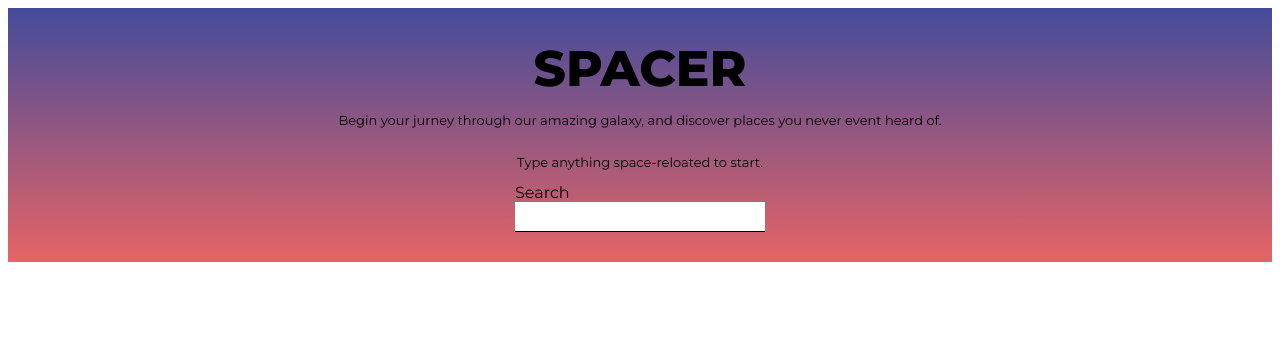
Repository: kamilluc/space-vue
Page: /
An editor plug-in stored every save of this project. The page is shown before and after the next save, followed by the edit.
The browser window is 1280 px wide. The pictures show the whole page.
The project was rebuilt for these pictures with package versions that can differ from the ones it lists, and the page was loaded fresh each time. Also part of the build but not shown: src/views/About.vue.

Above is the page before, as saved 2018-08-08 23:22:30.

### public/index.html
<!DOCTYPE html>
<html lang="en">
  <head>
    <meta charset="utf-8">
    <meta http-equiv="X-UA-Compatible" content="IE=edge">
    <meta name="viewport" content="width=device-width,initial-scale=1.0">
    <link rel="icon" href="<%= BASE_URL %>favicon.ico">
    <title>space-vue</title>
  </head>
  <body>
    <noscript>
      <strong>We're sorry but space-vue doesn't work properly without JavaScript enabled. Please enable it to continue.</strong>
    </noscript>
    <div id="app"></div>
    <!-- built files will be auto injected -->
  </body>
</html>

### src/App.vue
<template>
  <div class="app">
    <!-- <div class="nav">
      <router-link to="/">spacer</router-link>
      <router-link to="/about">about</router-link>
    </div> -->
    <router-view />
  </div>
</template>

<style lang="scss">
@import url("https://fonts.googleapis.com/css?family=Montserrat:300,400,600,800");

* {
  box-sizing: border-box;
}
body {
  font-family: "Montserrat", sans-serif;
}
</style>

### src/router.js
import Vue from "vue";
import Router from "vue-router";
import Search from "./views/Search.vue";
import About from "./views/About.vue";

Vue.use(Router);

export default new Router({
  routes: [
    {
      path: "/",
      name: "Search",
      component: Search
    },
    {
      path: "/about",
      name: "About",
      component: About
    }
  ]
});

### src/views/Search.vue
<template>
  <div class="wrapper">
    <Claim />
    <SearchInput />
    <!-- <div class="search">
      <label for="search">Search</label>
      <input type="text" id="search"
      name="search"
      v-model="searchValue"
      @input="handleInput"
      /> -->
      <!-- <ul>
      <li v-for="item in results" :key="item.data[0].nasa_id">
          <p>{{item.data[0].description}}</p>
      </li>
      </ul> -->
    <!-- </div> -->
  </div>
</template>

<script>
import axios from "axios";
import debounce from "lodash.debounce";
import Claim from "@/components/Claim";
import SearchInput from "@/components/SearchInput";

const API = "https://images-api.nasa.gov/search?q=";

export default {
  name: "Search",
  components: { Claim, SearchInput },
  data() {
    return {
      searchValue: "",
      results: []
    };
  },
  methods: {
    // handleInput(e) {
    //   axios
    //     .get(`${API}${this.searchValue}&media_type=image`)
    //     .then(res => {
    //       console.log(res);
    //     })
    //     .catch(err => {
    //       console.log(err);
    //     });
    // }

    handleInput: debounce(function() {
      axios
        .get(`${API}${this.searchValue}&media_type=image`)
        .then(res => {
          // console.log(res);
          this.results = res.data.collection.items;
        })
        .catch(err => {
          console.log(err);
        });
    }, 500)
  }
};
</script>

<style lang="scss" scoped>
.wrapper {
  display: flex;
  flex-direction: column;
  align-items: center;
  margin: 0;
  padding: 30px;
  width: 100%;
  background: linear-gradient(#444b9b, #e66465);
}
</style>

### src/components/Claim.vue
<template>
  <div class="claim-wrapper">
    <h1 class="claim">SPACER</h1>
    <p class="subclaim">
        Begin your jurney through our amazing galaxy,
        and discover places you never event heard of.
    </p>
     <p class="subclaim">
        Type anything space-reloated to start.
    </p>
  </div>
</template>

<script>
export default {
  name: "Claim"
};
</script>

<style lang="scss" scoped>
.claim-wrapper {
  text-align: center;
  display: flex;
  flex-direction: column;
  justify-content: center;
  align-items: center;
}

.claim {
  font-size: 50px;
  margin: 0;
}

.subclaim {
  margin-top: 20px 0 0 0;
  font-size: 13px;
}
</style>

### src/components/SearchInput.vue
<template>
    <div class="searchinput-wrapper">
      <label for="search">Search</label>
      <input type="text" id="search"
      name="search"
      v-model="searchValue"
      @input="handleInput"
      />
      <!-- <ul>
      <li v-for="item in results" :key="item.data[0].nasa_id">
          <p>{{item.data[0].description}}</p>
      </li>
      </ul> -->
    </div>
</template>

<script>
export default {
  name: "SearchInput"
};
</script>

<style lang="scss" scoped>
.searchinput-wrapper {
  display: flex;
  flex-direction: column;

  width: 250px;
}

input {
  height: 30px;
  border: 0;
  border-bottom: 1px solid black;
}
</style>

Loaded but not shown: src/main.js (common file)

After the next save:
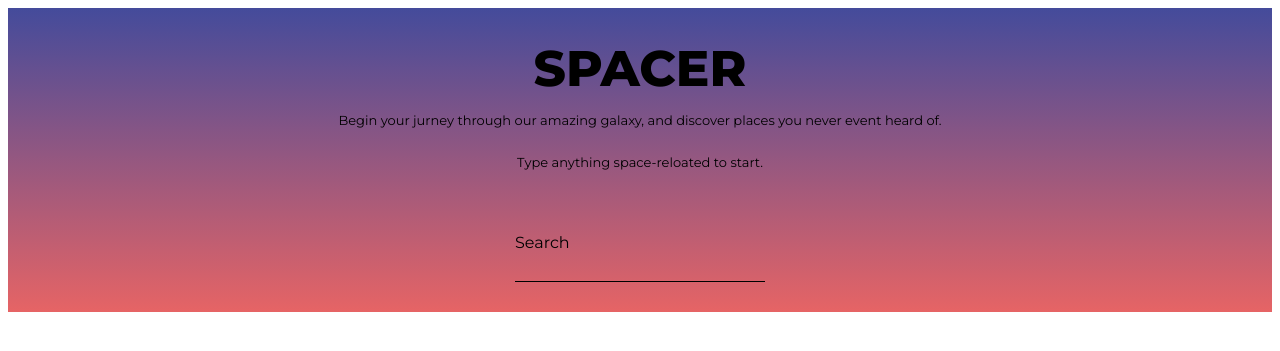
Saved 36 s later.
--- a/src/components/SearchInput.vue
+++ b/src/components/SearchInput.vue
@@ -24,13 +24,14 @@
 .searchinput-wrapper {
   display: flex;
   flex-direction: column;
-
+  margin-top: 50px;
   width: 250px;
 }
 
 input {
   height: 30px;
   border: 0;
+  background: none;
   border-bottom: 1px solid black;
 }
 </style>
